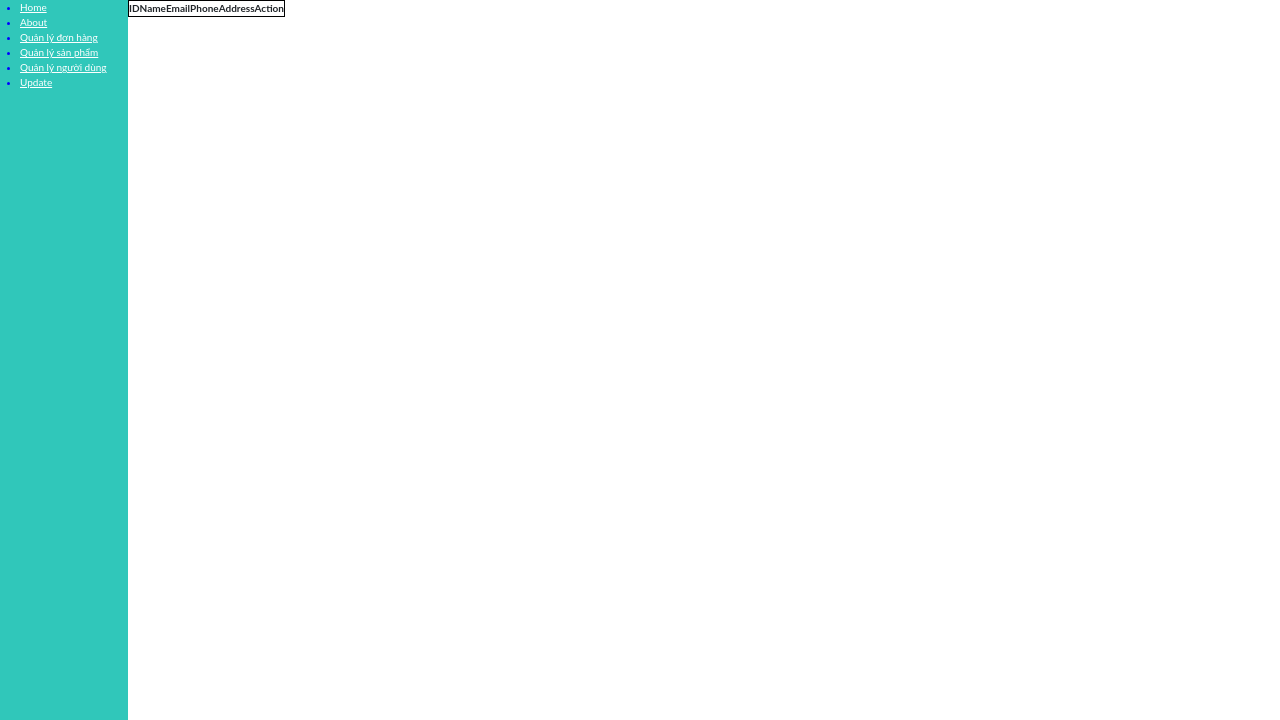
Repository: Hothidani/React
Page: /User (app in exa/my-react-router-A/)
An editor plug-in stored every save of this project. The page is shown before and after the next save, followed by the edit.
The browser window is 1280 px wide. The pictures show the whole page.
The page's requests for data from a server got no answer. The project was rebuilt for these pictures with package versions that can differ from the ones it lists, and the page was loaded fresh each time. No one was signed in, and anything a server would have sent is missing. Also part of the build but not shown: exa/my-react-router-A/src/component/Navigation.js, exa/my-react-router-A/src/component/Home.js, exa/my-react-router-A/src/component/About.js, exa/my-react-router-A/src/component/Service.js, exa/my-react-router-A/src/component/Contact.js, exa/my-react-router-A/src/component/AllProduct.js, exa/my-react-router-A/src/component/Add.js, exa/my-react-router-A/src/component/QlOder.js.

Above is the page before, as saved 2021-05-11 17:16:24.

After the next save:
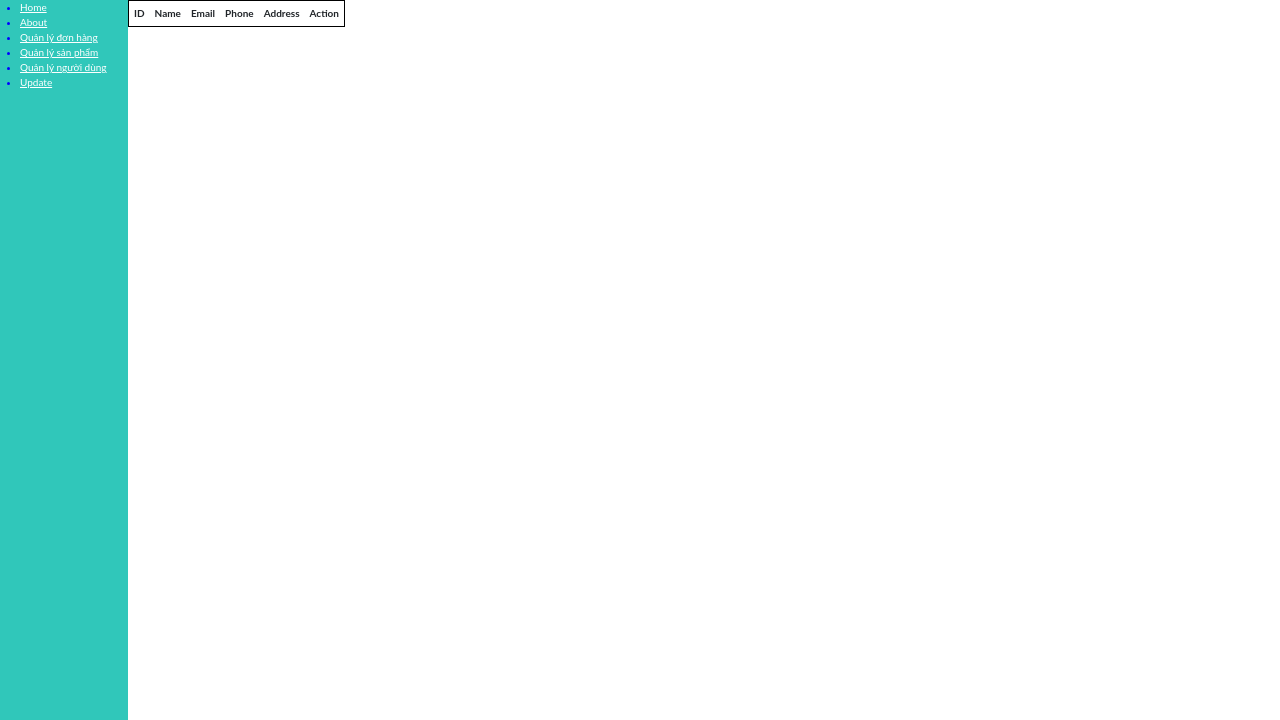
Saved 61 s later.
--- a/exa/my-react-router-A/src/QLuser.css
+++ b/exa/my-react-router-A/src/QLuser.css
@@ -1,7 +1,7 @@
  th
-{
-    text-align: center;
-}
+    {
+        padding: 5px;
+    }
   td {
      padding: 5px;
     border: 1px solid black;
